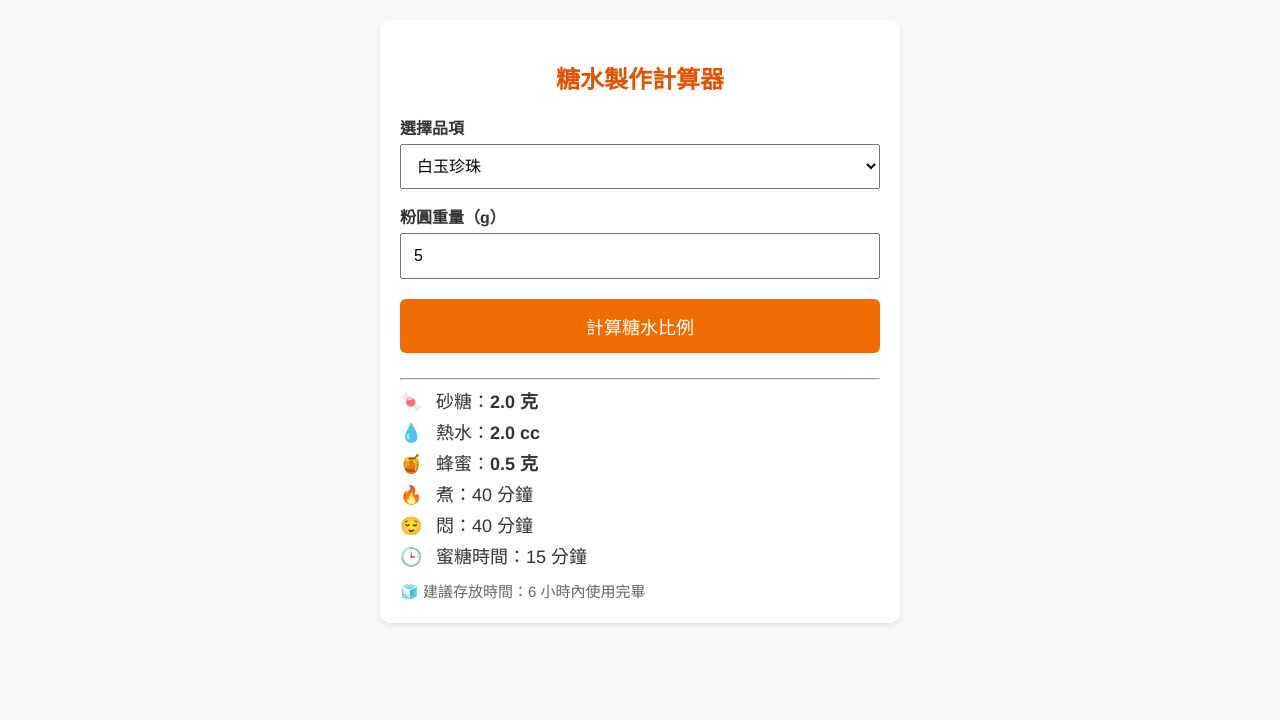
Repository: liying1106/tea-calculator
Page: 配料.html
These files come from the project's save history. The page is drawn as it stood at one moment and after the next save; the edit follows.
The browser window is 1280 px wide. The pictures show the whole page.
Empty fields were first filled with sample values (such as "Sample", 5 or name@example.com).
After loading, the first visible `button` was clicked once.

Above is the page before, as saved 2025-07-16 11:04:54.

### 配料.html
<!DOCTYPE html>
<html lang="zh-TW">
<head>
  <meta charset="UTF-8">
  <meta name="viewport" content="width=device-width, initial-scale=1">
  <title>糖水製作計算器</title>
  <style>
    body {
      font-family: "Helvetica", sans-serif;
      padding: 20px;
      margin: 0;
      background: #f9f9f9;
      color: #333;
    }
    .container {
      max-width: 480px;
      margin: auto;
      background: #fff;
      padding: 20px;
      border-radius: 10px;
      box-shadow: 0 2px 6px rgba(0,0,0,0.1);
    }
    h2 {
      text-align: center;
      color: #e65100;
    }
    label {
      margin-top: 15px;
      display: block;
      font-weight: bold;
    }
    select, input {
      width: 100%;
      padding: 12px;
      font-size: 16px;
      margin-top: 5px;
      box-sizing: border-box;
    }
    button {
      width: 100%;
      padding: 14px;
      background-color: #ef6c00;
      color: white;
      border: none;
      border-radius: 6px;
      font-size: 18px;
      margin-top: 20px;
    }
    button:hover {
      background-color: #e65100;
    }
    .row {
      display: flex;
      align-items: center;
      margin: 4px 0;
    }
    .icon {
      width: 2em;
      display: inline-block;
    }
    #result {
      margin-top: 25px;
      font-size: 18px;
      line-height: 1.5;
    }
    .note {
      font-size: 15px;
      color: #666;
      margin-top: 10px;
    }
  </style>
</head>
<body>
  <div class="container">
    <h2>糖水製作計算器</h2>

    <label>選擇品項</label>
    <select id="itemType">
      <option value="白玉珍珠">白玉珍珠</option>
      <option value="小粉圓">小粉圓</option>
      <option value="小芋圓">小芋圓</option>
    </select>

    <label>粉圓重量（g）</label>
    <input type="number" id="weight" placeholder="例如：1000" min="1">

    <button onclick="calculateSugar()">計算糖水比例</button>

    <div id="result"></div>
  </div>

  <script>
    const sugarData = {
      "白玉珍珠": {
        sugarRatio: 0.4,
        waterRatio: 0.4,
        honeyRatio: 0.1,
        cookTime: 40,
        steamTime: 40,
        soakTime: 15,
        shelfLife: 6
      },
      "小粉圓": {
        sugarRatio: 0.4,
        waterRatio: 0.4,
        honeyRatio: 0.1,
        cookTime: 15,
        steamTime: 15,
        soakTime: 10,
        shelfLife: 6
      },
      "小芋圓": {
        sugarRatio: 0.4,
        waterRatio: 0,
        honeyRatio: 0,
        cookTime: 5,
        steamTime: 5,
        soakTime: 5,
        shelfLife: 4
      }
    };

    function calculateSugar() {
      const type = document.getElementById("itemType").value;
      const weight = parseFloat(document.getElementById("weight").value);
      const data = sugarData[type];

      if (isNaN(weight) || weight <= 0) {
        document.getElementById("result").innerHTML = "<span style='color:red;'>請輸入正確的重量</span>";
        return;
      }

      const sugar = weight * data.sugarRatio;
      const water = weight * data.waterRatio;
      const honey = weight * data.honeyRatio;

      let output = `
        <hr>
        <div class="row"><span class="icon">🍬</span> 砂糖：<strong>${sugar.toFixed(1)} 克</strong></div>
        <div class="row"><span class="icon">💧</span> 熱水：<strong>${water.toFixed(1)} cc</strong></div>
        <div class="row"><span class="icon">🍯</span> 蜂蜜：<strong>${honey > 0 ? honey.toFixed(1) + ' 克' : '不加蜂蜜'}</strong></div>
        <div class="row"><span class="icon">🔥</span> 煮：${data.cookTime} 分鐘</div>
        <div class="row"><span class="icon">😌</span> 悶：${data.steamTime} 分鐘</div>
        <div class="row"><span class="icon">🕒</span> 蜜糖時間：${data.soakTime} 分鐘</div>
      `;

      output += `<div class="note">🧊 建議存放時間：${data.shelfLife} 小時內使用完畢</div>`;
      document.getElementById("result").innerHTML = output;
    }
  </script>
</body>
</html>

After the next save:
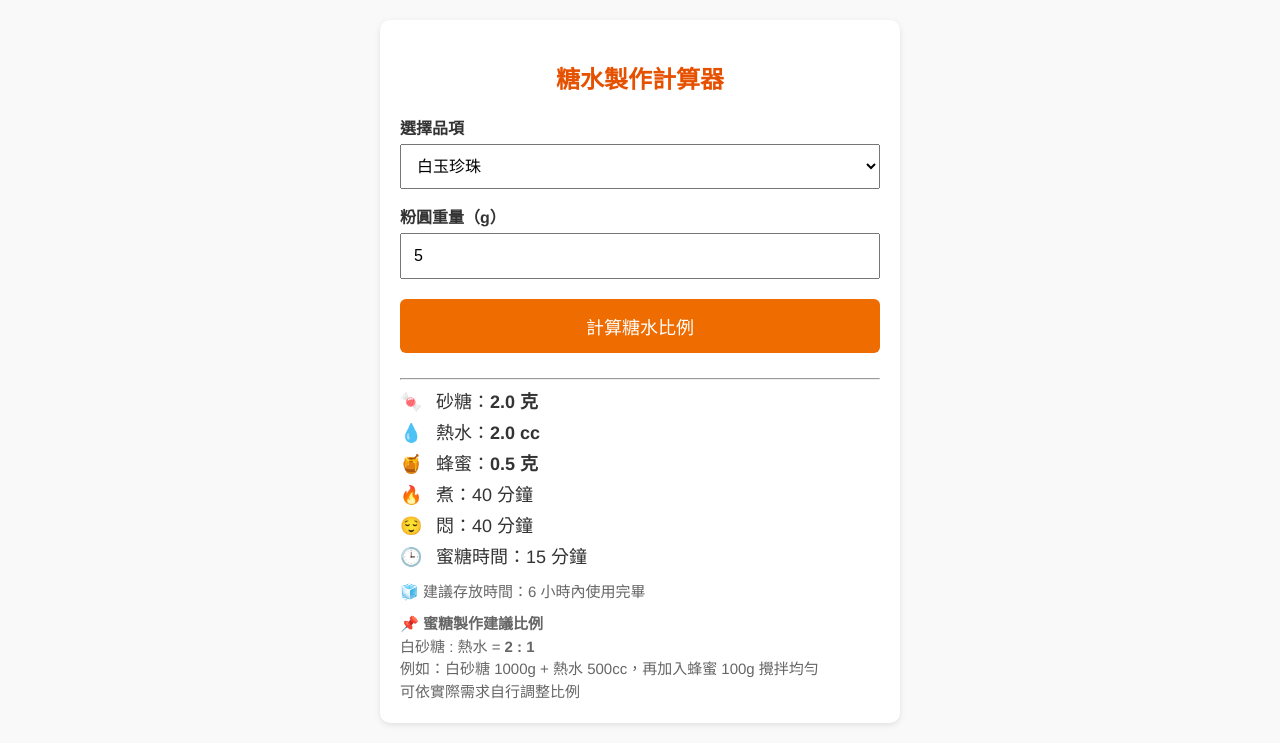
Saved 6 min 43 s later.
--- a/配料.html
+++ b/配料.html
@@ -145,6 +145,18 @@
       `;
 
       output += `<div class="note">🧊 建議存放時間：${data.shelfLife} 小時內使用完畢</div>`;
+
+      if (sugar > 0 && water > 0) {
+        output += `
+          <div class="note">
+            📌 <strong>蜜糖製作建議比例</strong><br>
+            白砂糖 : 熱水 = <strong>2 : 1</strong><br>
+            例如：白砂糖 1000g + 熱水 500cc，再加入蜂蜜 100g 攪拌均勻<br>
+            可依實際需求自行調整比例
+          </div>
+        `;
+      }
+
       document.getElementById("result").innerHTML = output;
     }
   </script>

After the save that followed:
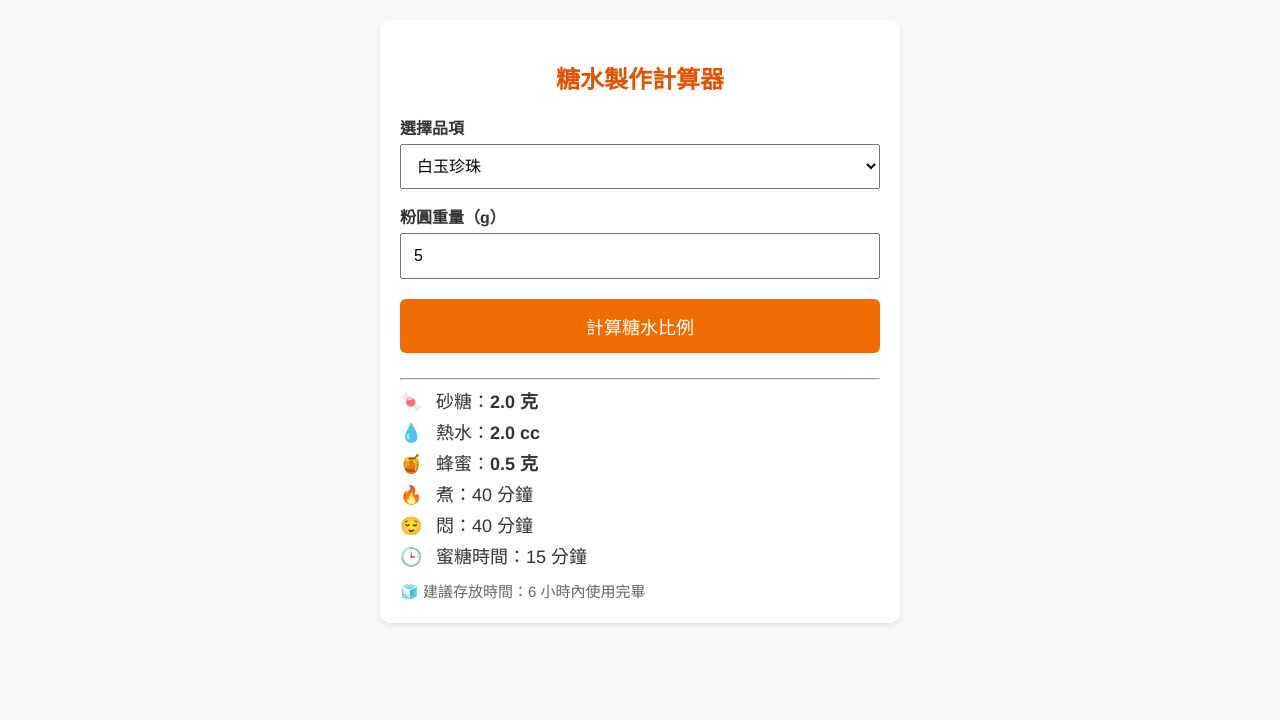
Saved 2 min 9 s later.
--- a/配料.html
+++ b/配料.html
@@ -79,6 +79,7 @@
       <option value="白玉珍珠">白玉珍珠</option>
       <option value="小粉圓">小粉圓</option>
       <option value="小芋圓">小芋圓</option>
+      <option value="蜜糖">蜜糖</option>
     </select>
 
     <label>粉圓重量（g）</label>
@@ -123,13 +124,26 @@
     function calculateSugar() {
       const type = document.getElementById("itemType").value;
       const weight = parseFloat(document.getElementById("weight").value);
-      const data = sugarData[type];
 
       if (isNaN(weight) || weight <= 0) {
         document.getElementById("result").innerHTML = "<span style='color:red;'>請輸入正確的重量</span>";
         return;
       }
 
+      if (type === "蜜糖") {
+        // 顯示固定蜜糖比例資訊
+        document.getElementById("result").innerHTML = `
+          <hr>
+          <div class="row"><span class="icon">🍬</span> 白砂糖：<strong>1000 克</strong></div>
+          <div class="row"><span class="icon">💧</span> 熱水：<strong>500 cc</strong></div>
+          <div class="row"><span class="icon">🍯</span> 蜂蜜：<strong>100 克</strong></div>
+          <div class="note">📌 白砂糖 : 熱水 = <strong>2 : 1</strong>，再加入蜂蜜調和<br>
+          可依實際需求按比例增減</div>
+        `;
+        return;
+      }
+
+      const data = sugarData[type];
       const sugar = weight * data.sugarRatio;
       const water = weight * data.waterRatio;
       const honey = weight * data.honeyRatio;
@@ -142,20 +156,8 @@
         <div class="row"><span class="icon">🔥</span> 煮：${data.cookTime} 分鐘</div>
         <div class="row"><span class="icon">😌</span> 悶：${data.steamTime} 分鐘</div>
         <div class="row"><span class="icon">🕒</span> 蜜糖時間：${data.soakTime} 分鐘</div>
+        <div class="note">🧊 建議存放時間：${data.shelfLife} 小時內使用完畢</div>
       `;
-
-      output += `<div class="note">🧊 建議存放時間：${data.shelfLife} 小時內使用完畢</div>`;
-
-      if (sugar > 0 && water > 0) {
-        output += `
-          <div class="note">
-            📌 <strong>蜜糖製作建議比例</strong><br>
-            白砂糖 : 熱水 = <strong>2 : 1</strong><br>
-            例如：白砂糖 1000g + 熱水 500cc，再加入蜂蜜 100g 攪拌均勻<br>
-            可依實際需求自行調整比例
-          </div>
-        `;
-      }
 
       document.getElementById("result").innerHTML = output;
     }
